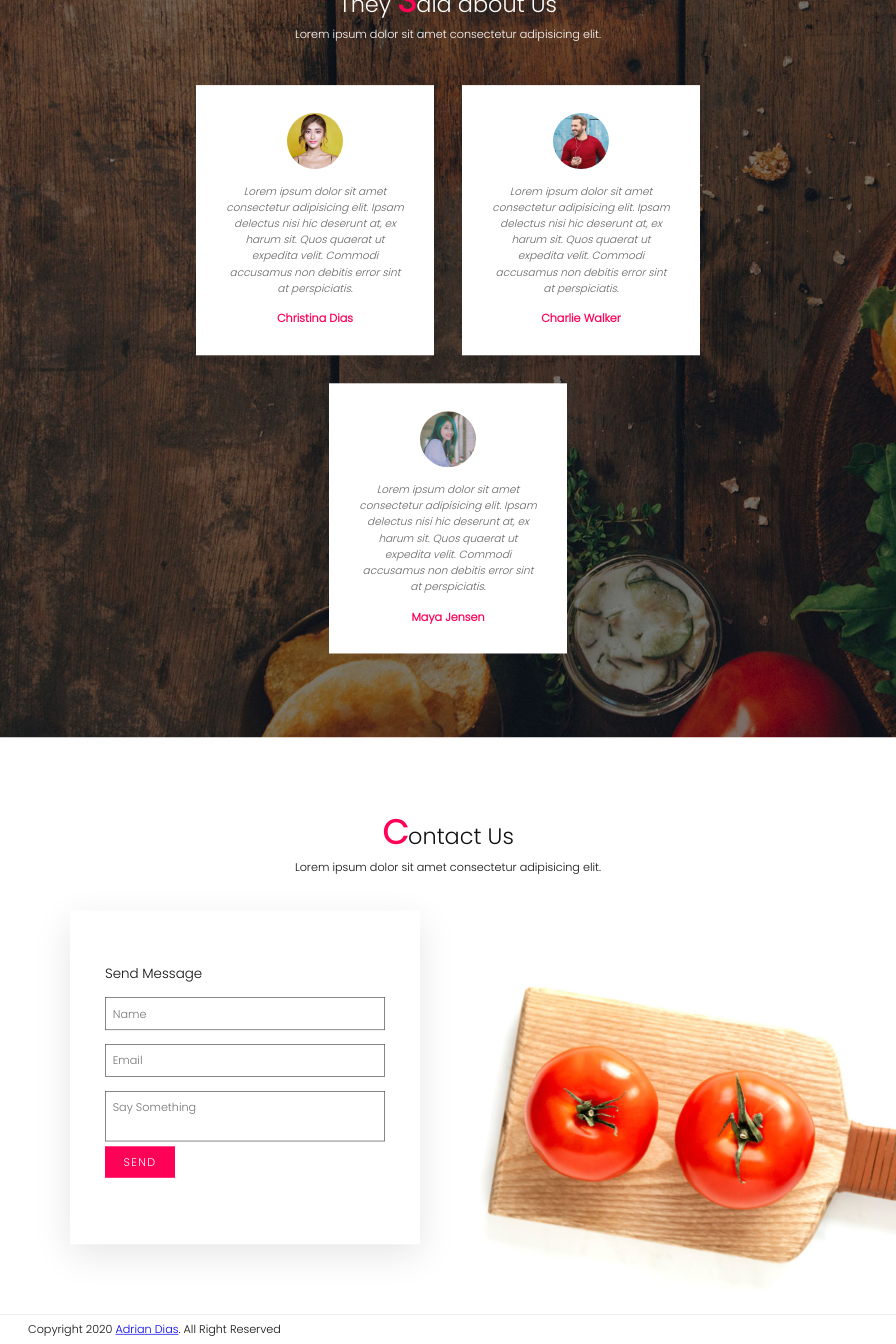
Repository: Adriandias1997/MobileFriendly_FoodWebsite
Page: index.html
The author's editor kept a copy of each file at every save. The page is drawn from the files as they stood at one save, then again after the next save.
The browser window is 1280 px wide. The pictures show the part of the page from y = 4161 to 6081 px (the page is 6081 px tall), at 70% of full size.

Above is the page before, as saved 2020-10-16 19:37:32.

### index.html
<!DOCTYPE html>
<html lang="en">

<head>
    <meta charset="UTF-8">
    <meta name="viewport" content="width=device-width, initial-scale=1.0">
    <title>Food</title>
    <link rel="stylesheet" href="style.css">
</head>

<body>
    <header>
        <a href="#" class="logo">Food <span>Corner</span></a>
        <ul class="navigation">
            <li><a href="#banner">Home</a></li>
            <li><a href="#about">About Us</a></li>
            <li><a href="#menu">Menu</a></li>
            <li><a href="#expert">Expert</a></li>
            <li><a href="#testimonials">Testimonials</a></li>
            <li><a href="#contact">Contact</a></li>
        </ul>

    </header>
    <section class="banner" id="banner">
        <div class="content">
            <h2>Always choose Good</h2>
            <p>Lorem ipsum dolor sit amet consectetur adipisicing elit. Ipsam delectus nisi hic deserunt at, ex harum sit. Quos quaerat ut expedita velit. Commodi accusamus non debitis error sint at perspiciatis.</p>

            <a href="#" class="btn">Our Menu</a>
        </div>
    </section>

    <section class="about" id="about">
        <div class="row">
            <div class="col50">
                <h2 class="titleText"><span>A</span>bout Us</h2>
                <p>Lorem ipsum dolor sit amet consectetur adipisicing elit. Dolorum vero quam, at fuga facilis maiores consequatur! Quibusdam possimus debitis sed alias, provident fuga voluptatem, tempora eligendi aliquid quaerat laudantium repellat. Lorem
                    ipsum dolor sit amet consectetur adipisicing elit. Dolorum vero quam, at fuga facilis maiores consequatur! Quibusdam possimus debitis sed alias, provident fuga voluptatem, tempora eligendi aliquid quaerat laudantium repellat. Lorem
                    ipsum dolor sit amet consectetur adipisicing elit. Dolorum vero quam, at fuga facilis maiores consequatur! Quibusdam possimus debitis sed alias, provident fuga voluptatem, tempora eligendi aliquid quaerat laudantium repellat.
                </p>
            </div>
            <div class="col50">
                <div class="imgBx">
                    <img src="./Images/img1.jpg" alt="">
                </div>
            </div>
        </div>
    </section>

    <section class="menu" id="menu">
        <div class="title">
            <h2 class="titleText">Our <span>M</span>enu</h2>
            <p>Lorem ipsum dolor sit amet consectetur adipisicing elit.
            </p>
        </div>
        <div class="content">
            <div class="box">
                <div class="imgBx">
                    <img src="Images/menu1.jpg" alt="">
                </div>
                <div class="text">
                    <h3>Special Salads</h3>
                </div>
            </div>
            <div class="box">
                <div class="imgBx">
                    <img src="Images/menu2.jpg" alt="">
                </div>
                <div class="text">
                    <h3>Special Soups</h3>
                </div>
            </div>
            <div class="box">
                <div class="imgBx">
                    <img src="Images/menu3.jpg" alt="">
                </div>
                <div class="text">
                    <h3>Special Pasta</h3>
                </div>
            </div>
            <div class="box">
                <div class="imgBx">
                    <img src="Images/menu4.jpg" alt="">
                </div>
                <div class="text">
                    <h3>Special Salads</h3>
                </div>
            </div>
            <div class="box">
                <div class="imgBx">
                    <img src="Images/menu5.jpg" alt="">
                </div>
                <div class="text">
                    <h3>Special Soups</h3>
                </div>
            </div>
            <div class="box">
                <div class="imgBx">
                    <img src="Images/menu6.jpg" alt="">
                </div>
                <div class="text">
                    <h3>Special Salads</h3>
                </div>
            </div>
        </div>
        <div class="title">
            <a href="#" class="btn">
                View All
            </a>
        </div>
    </section>
    <section class="expert" id="expert">
        <div class="title">
            <h2 class="titleText">Our Kitchen <span>E</span>xpert</h2>
            <p>Lorem ipsum dolor sit amet consectetur adipisicing elit.
            </p>
        </div>
        <div class="content">
            <div class="box">
                <div class="imgBx">
                    <img src="Images/expert1.jpg" alt="">
                </div>
                <div class="text">
                    <h3>Tyler Brook</h3>
                </div>
            </div>
            <div class="box">
                <div class="imgBx">
                    <img src="Images/expert2.jpg" alt="">
                </div>
                <div class="text">
                    <h3>Dino Blok</h3>
                </div>
            </div>
            <div class="box">
                <div class="imgBx">
                    <img src="Images/expert3.jpg" alt="">
                </div>
                <div class="text">
                    <h3>Melanie Sasha</h3>
                </div>
            </div>
            <div class="box">
                <div class="imgBx">
                    <img src="Images/expert4.jpg" alt="">
                </div>
                <div class="text">
                    <h3>Bevon Gomez</h3>
                </div>
            </div>
        </div>
    </section>

    <section class="testimonials" id="testimonials">
        <div class="title white">
            <h2 class="titleText">They <span>S</span>aid about Us</h2>
            <p>Lorem ipsum dolor sit amet consectetur adipisicing elit.
            </p>
        </div>
        <div class="content">
            <div class="box">

                <div class="imgBx">
                    <img src="Images/testi1.jpg" alt="">
                </div>
                <div class="text">
                    <p>Lorem ipsum dolor sit amet consectetur adipisicing elit. Ipsam delectus nisi hic deserunt at, ex harum sit. Quos quaerat ut expedita velit. Commodi accusamus non debitis error sint at perspiciatis.
                    </p>
                    <h3>Christina Dias</h3>
                </div>
            </div>
            <div class="box">

                <div class="imgBx">
                    <img src="Images/testi2.jpg" alt="">
                </div>
                <div class="text">
                    <p>Lorem ipsum dolor sit amet consectetur adipisicing elit. Ipsam delectus nisi hic deserunt at, ex harum sit. Quos quaerat ut expedita velit. Commodi accusamus non debitis error sint at perspiciatis.
                    </p>
                    <h3>Charlie Walker</h3>
                </div>
            </div>
            <div class="box">

                <div class="imgBx">
                    <img src="Images/testi3.jpg" alt="">
                </div>
                <div class="text">
                    <p>Lorem ipsum dolor sit amet consectetur adipisicing elit. Ipsam delectus nisi hic deserunt at, ex harum sit. Quos quaerat ut expedita velit. Commodi accusamus non debitis error sint at perspiciatis.
                    </p>
                    <h3>Maya Jensen</h3>
                </div>
            </div>
        </div>
    </section>

    <section class="contact" id="contact">
        <div class="title">
            <h2 class="titleText"><span>C</span>ontact Us</h2>
            <p>Lorem ipsum dolor sit amet consectetur adipisicing elit.
            </p>
        </div>
        <div class="contactForm">
            <h3>Send Message</h3>
            <div class="inputBox">
                <input type="text" placeholder="Name">
            </div>
            <div class="inputBox">
                <input type="text" placeholder="Email">
            </div>
            <div class="inputBox">
                <textarea placeholder="Say Something"></textarea>

                <div class="inputBox">
                    <input type="submit" value="send">
                </div>

            </div>
    </section>
    <div class="copyrightText">
        <p>Copyright 2020 <a href="#">Adrian Dias</a>. All Right Reserved</p>

    </div>
    <script src="index.js"></script>
</body>

</html>

### style.css
        @import url("https://fonts.googleapis.com/css2?family=Poppins:wght@300&display=swap");
        * {
            margin: 0;
            padding: 0;
            box-sizing: border-box;
            font-family: "Poppins", sans-serif;
            scroll-behavior: smooth;
        }

        p {
            font-weight: 300;
            color: #111;
        }
        /* body {
    min-height: 1000px;
} */

        .banner {
            position: relative;
            width: 100%;
            min-height: 100vh;
            display: flex;
            justify-content: center;
            align-items: center;
            background: url(./Images/bg.jpg);
            background-size: cover;
        }

        .banner .content {
            max-width: 900px;
            text-align: center;
        }

        .banner .content h2 {
            font-size: 5em;
            color: #fff;
        }

        .banner .content p {
            font-size: 1em;
            color: #fff;
        }

        .btn {
            font-size: 1em;
            color: #fff;
            background: #ff0157;
            display: inline-block;
            padding: 10px 30px;
            text-transform: uppercase;
            text-decoration: none;
            letter-spacing: 2px;
            transition: 0.5s;
        }

        .btn:hover {
            background-color: #fff;
            color: #ff0157;
            letter-spacing: 6px;
        }

        header {
            position: fixed;
            top: 0;
            left: 0;
            width: 100%;
            padding: 40px 100px;
            z-index: 10000;
            display: flex;
            justify-content: space-between;
            align-items: center;
            transition: 0.5s;
        }

        header.sticky {
            background: #fff;
            padding: 10px 100px;
            box-shadow: 0 5px 20px rgba(0, 0, 0, 0.05);
        }

        header .logo {
            color: #fff;
            font-weight: 700;
            text-decoration: none;
            font-size: 2em;
        }

        header.sticky .logo {
            color: #111;
        }

        header .logo span {
            color: #ff0157;
        }

        header .navigation {
            position: relative;
            display: flex;
        }

        header .navigation li {
            list-style: none;
            margin-left: 30px;
        }

        header .navigation li a {
            text-decoration: none;
            color: #fff;
            font-weight: 300;
        }

        header.sticky .navigation li a {
            color: #111;
            font-weight: 300;
        }

        header .navigation li a:hover {
            color: #ff0157;
        }

        section {
            padding: 100px;
        }

        .row {
            position: relative;
            width: 100%;
            display: flex;
            justify-content: space-between;
        }

        .row .col50 {
            position: relative;
            width: 48%;
        }

        .titleText {
            color: #111;
            font-size: 2em;
            font-weight: 400;
        }

        .titleText span {
            color: #ff0157;
            font-size: 1.5em;
            font-weight: 700;
        }

        .row .col50 .imgBx {
            position: relative;
            width: 100%;
            height: 100%;
            /* min-height: 300px; */
        }

        .row .col50 .imgBx img {
            position: relative;
            top: 0;
            left: 0;
            width: 100%;
            height: 100%;
            object-fit: cover;
        }

        .title {
            width: 100%;
            display: flex;
            justify-content: center;
            align-items: center;
            flex-direction: column;
        }

        .menu .content {
            display: flex;
            justify-content: center;
            flex-direction: row-reverse;
            flex-wrap: wrap;
            margin-top: 40px;
        }

        .menu .content .box {
            width: 340px;
            margin: 20px;
            border: 15px solid #fff;
            box-shadow: 0 5px 20px rgba(0, 0, 0, 0.08);
        }

        .menu .content .box .imgBx {
            position: relative;
            width: 100%;
            height: 300px;
        }

        .menu .content .box .imgBx img {
            position: absolute;
            top: 0;
            left: 0;
            width: 100%;
            height: 100%;
            object-fit: cover;
        }

        .menu .content .box .text {
            padding: 15px 0 5px;
        }

        .menu .content .box .text h3 {
            font-weight: 400;
            color: #111;
        }

        .expert .content {
            display: flex;
            justify-content: center;
            align-items: center;
            flex-wrap: wrap;
            flex-direction: row;
            margin-top: 40px;
        }

        .expert .content .box {
            width: 250px;
            margin: 15px;
        }

        .expert .content .box .imgBx {
            position: relative;
            width: 100%;
            height: 300px;
        }

        .expert .content .box .imgBx img {
            position: absolute;
            top: 0;
            left: 0;
            width: 100%;
            height: 100%;
            object-fit: cover;
        }

        .expert .content .box .text {
            padding: 15px 0 5px;
        }

        .expert .content .box .text h3 {
            font-weight: 400;
            color: #111;
        }

        .testimonials {
            background: url(./Images/bg2.jpg);
            background-size: cover;
        }

        .white .titleText,
        .white p {
            color: #fff;
        }

        .testimonials .content {
            display: flex;
            justify-content: center;
            flex-wrap: wrap;
            flex-direction: row;
            margin-top: 40px;
        }

        .testimonials .content .box {
            width: 340px;
            margin: 20px;
            padding: 40px;
            background: #fff;
            display: flex;
            justify-content: center;
            align-items: center;
            flex-direction: column;
        }

        .testimonials .content .box .imgBx {
            position: relative;
            width: 80px;
            height: 80px;
            margin-bottom: 20px;
            border-radius: 50%;
            overflow: hidden;
        }

        .testimonials .content .box .imgBx img {
            position: absolute;
            top: 0;
            left: 0;
            width: 100%;
            height: 100%;
            object-fit: cover;
        }

        .testimonials .content .box .text {
            text-align: center;
        }

        .testimonials .content .box .text p {
            color: #666;
            font-style: italic;
            font-size: 15px;
        }

        .testimonials .content .box .text h3 {
            margin-top: 20px;
            color: #ff0157;
            font-size: 1em;
            font-weight: 600;
        }

        .contact {
            background: url(./Images/bg3.jpg);
            background-size: cover;
        }

        .contactForm {
            padding: 75px 50px;
            background: #fff;
            box-shadow: 0 15px 50px rgba(0, 0, 0, 0.1);
            max-width: 500px;
            margin-top: 50px;
        }

        .contactForm h3 {
            color: #111;
            font-size: 1.2em;
            margin-bottom: 20px;
            font-weight: 500;
        }

        .contactForm .inputBox {
            position: relative;
            width: 100%;
            margin-bottom: 20px;
        }

        .contactForm .inputBox input,
        .contactForm .inputBox textarea {
            width: 100%;
            border: 1px solid #555;
            padding: 10px;
            color: #111;
            outline: none;
            font-size: 16px;
            font-weight: 300;
            resize: none;
        }

        .contactForm .inputBox input[type='submit'] {
            font-size: 1em;
            color: #fff;
            background: #ff0157;
            display: inline-block;
            text-transform: uppercase;
            text-decoration: none;
            letter-spacing: 2px;
            transition: 0.5s;
            max-width: 100px;
            font-weight: 500;
            border: none;
            cursor: pointer;
        }

        .copyrightText {
            padding: 8px 40px;
            border-top: 1px solid rgba(0, 0, 0, 0.1);
            ;
        }

### index.js
window.addEventListener('scroll', function() {
    const header = document.querySelector('header');
    header.classList.toggle('sticky', window.scrollY > 0);
});

After the next save:
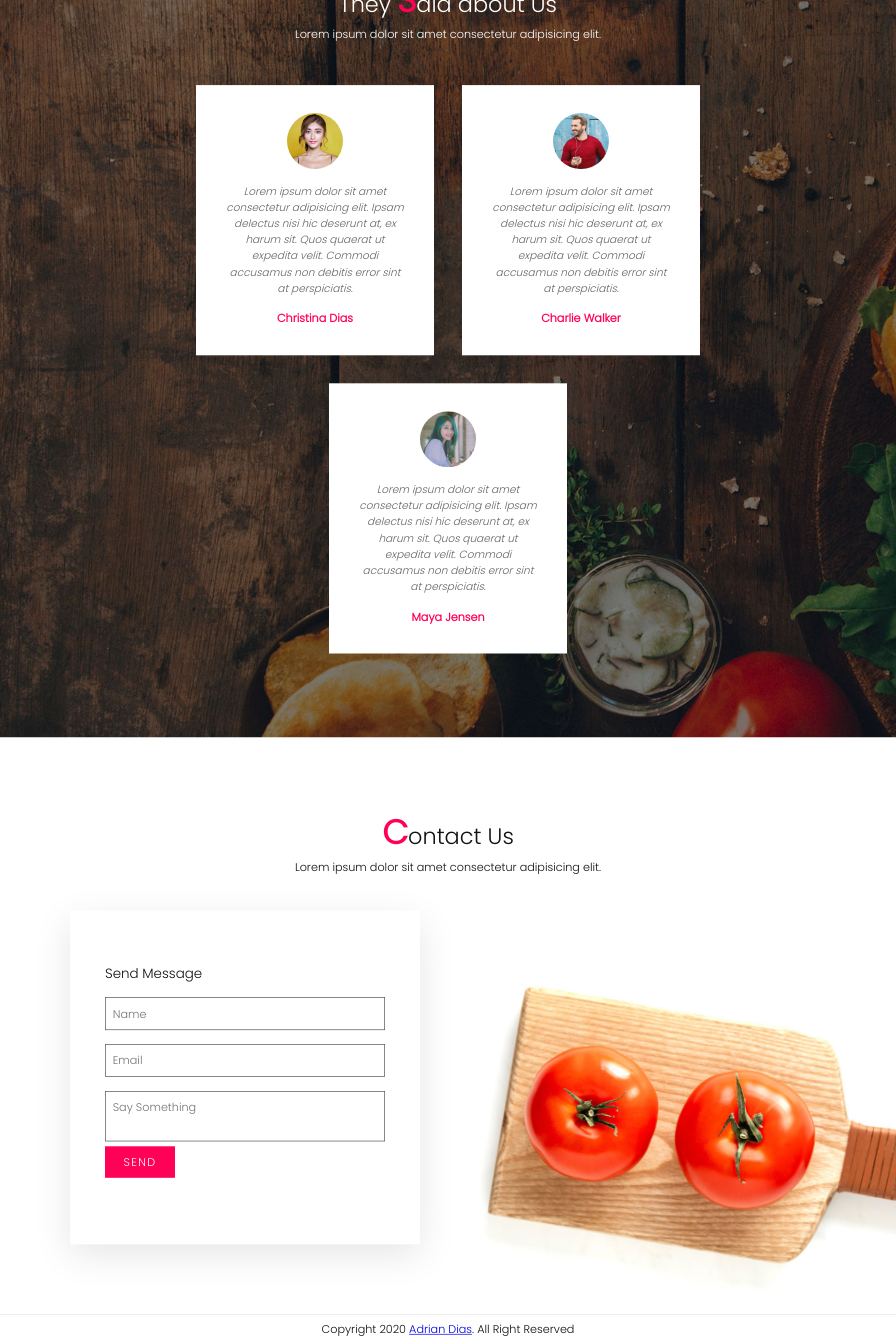
Saved 11 s later.
--- a/style.css
+++ b/style.css
@@ -367,5 +367,5 @@
         .copyrightText {
             padding: 8px 40px;
             border-top: 1px solid rgba(0, 0, 0, 0.1);
-            ;
-        }
+            text-align: center;
+        }
